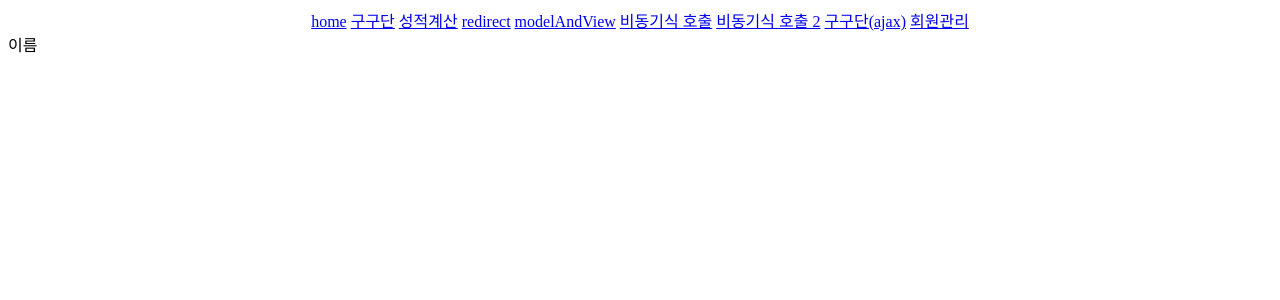
Repository: junhyeoksin/spring_program
Page: http://localhost/springProgram/point.do
An editor plug-in stored every save of this project. The page is shown before and after the next save, followed by the edit.
The browser window is 1280 px wide. The pictures show the whole page.
The page is served by Tomcat 9. Other server files are loaded and not shown.

Above is the page before, as saved 2022-01-05 15:06:19.

### springProgram/src/main/webapp/WEB-INF/views/test/point.jsp
<%@ page language="java" contentType="text/html; charset=UTF-8"
    pageEncoding="UTF-8"%>
<!DOCTYPE html>
<html>
<head>
<meta charset="UTF-8">
<title>Insert title here</title>
</head>
<body>
<%@include file="../include/menu.jsp" %>
<form method ="post" action = "point_result.do">
이름

</form>
</body>
</html>

### springProgram/src/main/webapp/WEB-INF/views/include/menu.jsp
<%@ page language="java" contentType="text/html; charset=UTF-8"
    pageEncoding="UTF-8"%>
 <div style="Text-align:center">
 	<a href = "/spring01/">home</a>
 	<a href = "/spring01/multi_table.do">구구단</a>
 	<a href = "/spring01/point.do">성적계산</a>
 	<a href = "/spring01/move.do">redirect</a>
 	<a href = "/spring01/mav.do">modelAndView</a>
 	<a href = "/spring01/ajax.do">비동기식 호출</a>
 	<a href = "/spring01/login.do">비동기식 호출 2</a>
 	<a href = "/spring01/ajax_table.do">구구단(ajax)</a>
 	<a href = "/spring01/member/list.do">회원관리</a>


 </div>

After the next save:
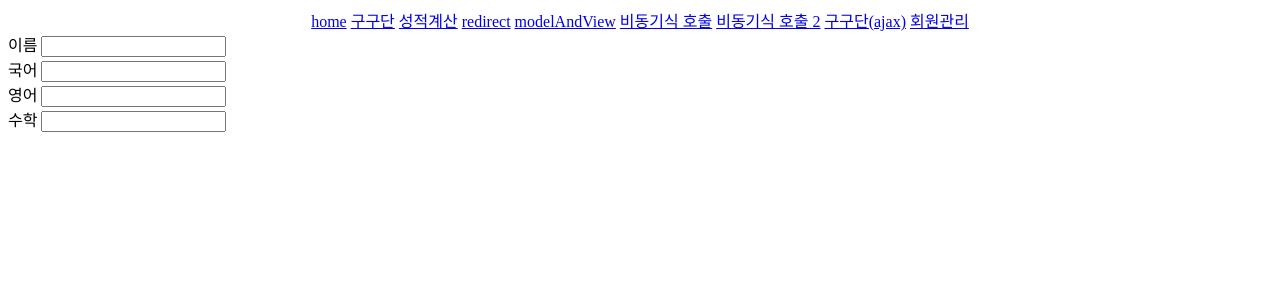
Saved 96 s later.
--- a/springProgram/src/main/webapp/WEB-INF/views/test/point.jsp
+++ b/springProgram/src/main/webapp/WEB-INF/views/test/point.jsp
@@ -9,7 +9,10 @@
 <body>
 <%@include file="../include/menu.jsp" %>
 <form method ="post" action = "point_result.do">
-이름
+이름 <input type = "text" name = "name"><br>
+국어 <input type = "text" name = "kor"><br>
+영어 <input type = "text" name = "eng"><br>
+수학 <input type = "text" name = "mat"><br>
 
 </form>
 </body>
